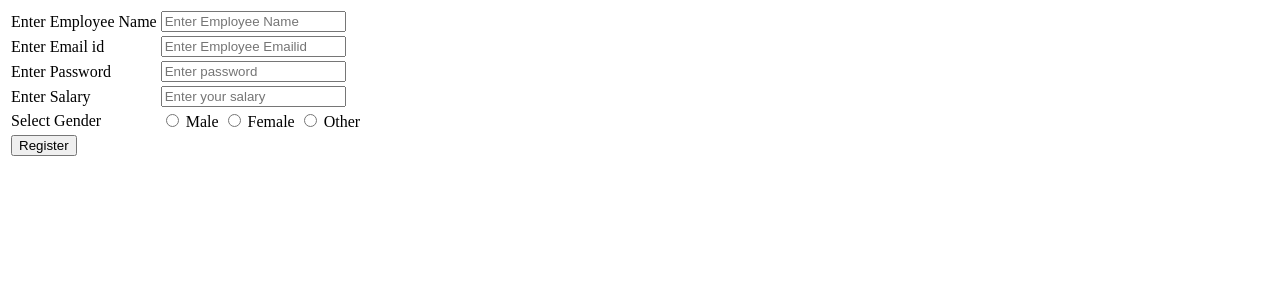
Repository: rajeshyadav3/Advjava
Page: workspace2/EmpWebApp/WebContent/Register.html
These files come from the project's save history. The page is drawn as it stood at one moment and after the next save; the edit follows.
The browser window is 1280 px wide. The pictures show the whole page.

Above is the page before, as saved 2024-01-05 09:42:33.

### workspace2/EmpWebApp/WebContent/Register.html
<!DOCTYPE html>
<html>
<head>
<meta charset="ISO-8859-1">
<title>Register page</title>
</head>
<body>

<form action="RegisterServlet" method='post'>
    <table>

        <tr>
            <td>Enter Employee Name</td>
            <td><input type="text" name="EmployeeName" placeholder="Enter Employee Name" /></td>
        </tr>

        <tr>
            <td>Enter Email id</td>
            <td><input type="text" name="EmployeeEmailid" placeholder="Enter Employee Emailid" /></td>
        </tr>

        <tr>
            <td>Enter Password</td>
            <td><input type="password" name="Password" placeholder="Enter password" /></td>
        </tr>

        <tr>
            <td>Enter Salary</td>
            <td><input type="number" name="Salary" placeholder="Enter your salary" /></td>
        </tr>

        <tr>
            <td>Select Gender</td>
            <td>
                <label><input type="radio" name="Gender" value="Male"> Male</label>
                <label><input type="radio" name="Gender" value="Female"> Female</label>
                <label><input type="radio" name="Gender" value="Other"> Other</label>
            </td>
        </tr>

        <tr>
            <td><button type="submit">Register</button></td>
        </tr>

    </table>

</form>


</body>
</html>

After the next save:
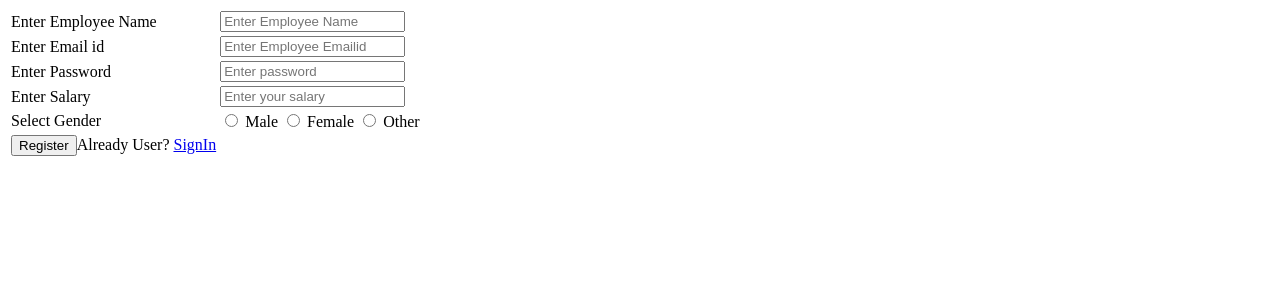
Saved 33 min 54 s later.
--- a/workspace2/EmpWebApp/WebContent/Register.html
+++ b/workspace2/EmpWebApp/WebContent/Register.html
@@ -39,7 +39,7 @@
         </tr>
 
         <tr>
-            <td><button type="submit">Register</button></td>
+            <td><button type="submit">Register</button>Already User? <a href="Login.html">SignIn</a></td>
         </tr>
 
     </table>
